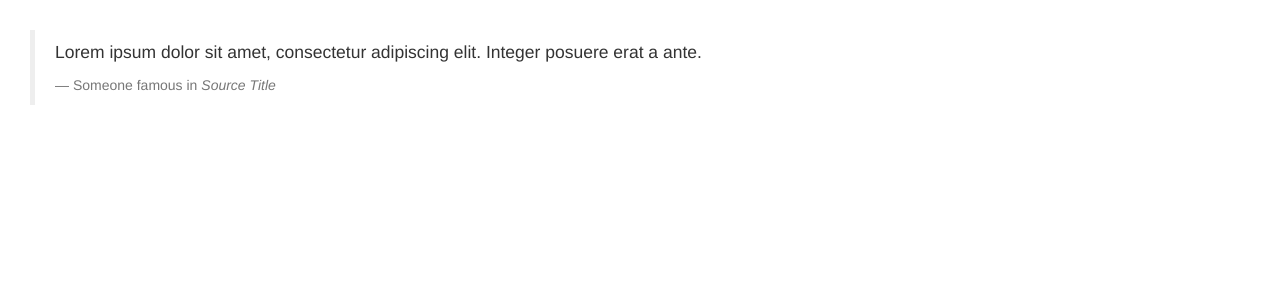
Repository: rahil001/preparation
Page: javascriptPrac/ApiDesign.html
The author's editor kept a copy of each file at every save. The page is drawn from the files as they stood at one save, then again after the next save.
The browser window is 1280 px wide. The pictures show the whole page.

Above is the page before, as saved 2019-10-29 22:27:01.

### javascriptPrac/ApiDesign.html
<!DOCTYPE html>
<html lang="en">
<head>
    <meta charset="UTF-8">
    <title>getting started with javascript</title>
    <link rel="stylesheet" href="https://maxcdn.bootstrapcdn.com/bootstrap/3.3.7/css/bootstrap.min.css  ">
    <style>
        body, .jumbotron{
            padding: 30px;
        }
        .text-giant{
            font-size: 40px;
        }
        .singleT {
            margin-top: 40px;
        }
    </style>
</head>
<body>
<div class>
    <blockquote class="blockquote">
        <p class="mb-0">Lorem ipsum dolor sit amet, consectetur adipiscing elit. Integer posuere erat a ante.</p>
        <footer class="blockquote-footer">Someone famous in <cite title="Source Title">Source Title</cite></footer>
    </blockquote>
</div>
<script src="app.js"></script>
</body>
</html>

Loaded but not shown: javascriptPrac/app.js (no copy from this time; the picture is the same without it)

After the next save:
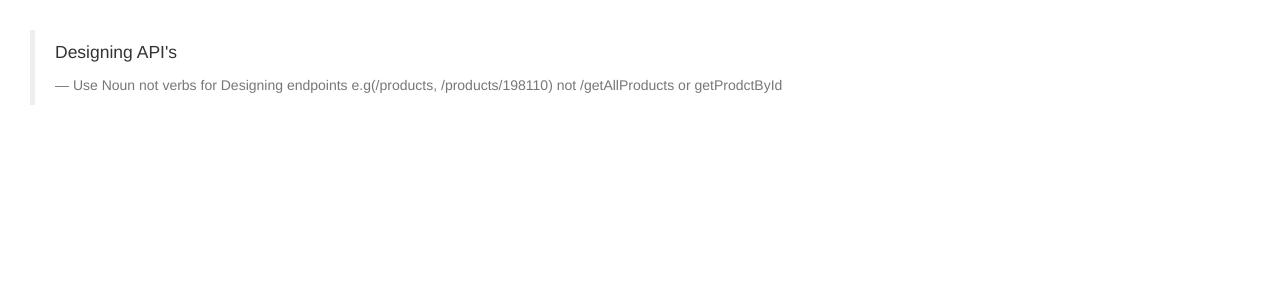
Saved 2 min 58 s later.
--- a/javascriptPrac/ApiDesign.html
+++ b/javascriptPrac/ApiDesign.html
@@ -19,8 +19,8 @@
 <body>
 <div class>
     <blockquote class="blockquote">
-        <p class="mb-0">Lorem ipsum dolor sit amet, consectetur adipiscing elit. Integer posuere erat a ante.</p>
-        <footer class="blockquote-footer">Someone famous in <cite title="Source Title">Source Title</cite></footer>
+        <p class="mb-0">Designing API's</p>
+        <footer class="blockquote-footer">Use Noun not verbs for Designing endpoints e.g(/products, /products/198110) not /getAllProducts or getProdctById</footer>
     </blockquote>
 </div>
 <script src="app.js"></script>
